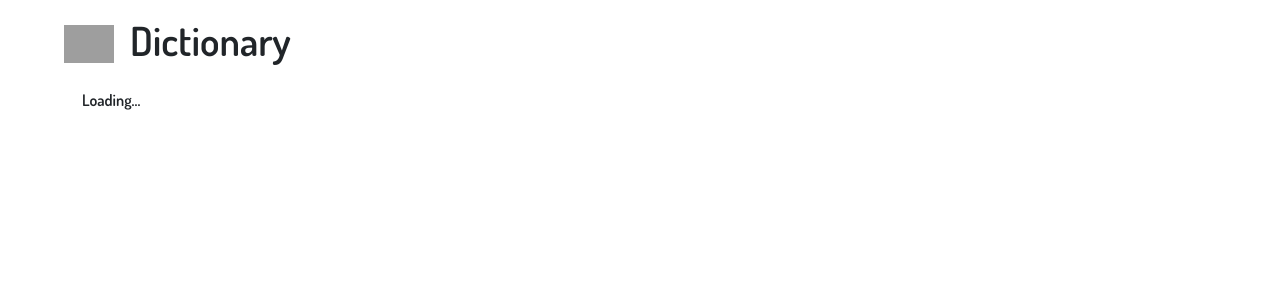
Repository: moehaymanmyint/react-dictionary-app
Page: /
These files come from the project's save history. The page is drawn as it stood at one moment and after the next save; the edit follows.
The browser window is 1280 px wide. The pictures show the whole page.
Pictures or frames that could not be fetched are drawn as grey boxes. The page's requests for data from a server got no answer. The project was rebuilt for these pictures with package versions that can differ from the ones it lists, and the page was loaded fresh each time. No one was signed in, and anything a server would have sent is missing. Also part of the build but not shown: src/Synonyms.js, src/Meaning.js, src/Phonetics.js, src/Results.js.

Above is the page before, as saved 2024-09-06 12:09:05.

### public/index.html
<!DOCTYPE html>
<html lang="en">
  <head>
    <meta charset="utf-8" />
    <link rel="icon" href="%PUBLIC_URL%/favicon.ico" />
    <meta name="viewport" content="width=device-width, initial-scale=1" />
    <meta name="theme-color" content="#000000" />
    <meta
      name="description"
      content="Web site created using create-react-app"
    />
    <link rel="apple-touch-icon" href="%PUBLIC_URL%/logo192.png" />
    <!--
      manifest.json provides metadata used when your web app is installed on a
      user's mobile device or desktop. See https://developers.google.com/web/fundamentals/web-app-manifest/
    -->
    <link rel="manifest" href="%PUBLIC_URL%/manifest.json" />
    <!--
      Notice the use of %PUBLIC_URL% in the tags above.
      It will be replaced with the URL of the `public` folder during the build.
      Only files inside the `public` folder can be referenced from the HTML.

      Unlike "/favicon.ico" or "favicon.ico", "%PUBLIC_URL%/favicon.ico" will
      work correctly both with client-side routing and a non-root public URL.
      Learn how to configure a non-root public URL by running `npm run build`.
    -->
    <title>React App</title>
  </head>
  <body>
    <noscript>You need to enable JavaScript to run this app.</noscript>
    <div id="root"></div>
    <!--
      This HTML file is a template.
      If you open it directly in the browser, you will see an empty page.

      You can add webfonts, meta tags, or analytics to this file.
      The build step will place the bundled scripts into the <body> tag.

      To begin the development, run `npm start` or `yarn start`.
      To create a production bundle, use `npm run build` or `yarn build`.
    -->
  </body>
</html>

### src/App.js
import './App.css';
import 'bootstrap/dist/css/bootstrap.css';

import Search from "./Search"

function App() {
  return (
    <div className="App">
      {/* Logo */}
      <div className='logo m-3 mx-5 d-flex align-items-center'>
        <img src="https://th.bing.com/th/id/R.1ebe3e38406a8906121c9769e62adc3e?rik=d1hISy0qiMJ7Hg&pid=ImgRaw&r=0" alt="Logo" className='mx-3'/>
        <h2>Dictionary</h2>
      </div>

      <div className='container'>
        <Search />
      </div>
    </div>
  );
}

export default App;

### src/App.css
@import url('https://fonts.googleapis.com/css2?family=Dosis:wght@600&display=swap');

.App img{
    width: 50px;
}

.App{
    font-family: "Dosis", sans-serif;
}

### src/Dictionary.css

.Results .box,
.Meaning{
    background-color: white;
    box-shadow: rgba(100, 100, 111, 0.2) 0px 7px 29px 0px;
    border-radius: 10px;
}

h2{
    font-size: 40px;
    text-transform: capitalize;
}

p{
    font-size: 18px;
}

.Search .btn{
    background: linear-gradient(177.9deg, rgb(58, 62, 88) 3.6%, rgb(119, 127, 148) 105.8%);
    border: none;
    color: white;
    transition: 0.5s;
}

### src/Search.js
import React, {useState} from "react";
import 'bootstrap/dist/css/bootstrap.css';
import axios from "axios";
import Results from "./Results"
import "./Dictionary.css";

export default function Search(){
    let [word, setWord] = useState('');
    let [results, setResult] = useState(null);
    let [loaded, setLoaded] = useState(false);

    function handleResponse(response){
        console.log(response.data[0]);
        setResult(response.data[0])
    }

    function handleSubmit(event){
        event.preventDefault();
        Search();
    }

    function Search(){
        //API
        let apiUrl = `https://api.dictionaryapi.dev/api/v2/entries/en_US/${word}`;
        axios.get(apiUrl).then(handleResponse);
    }

    function updateWord(event){
        setWord(event.target.value);
        Search();
    }

    function Loaded(){

    }

    if (loaded) {
        return (
            <div className="Search">
            <h1 className="my-4">What do you want to look up?</h1>
            <div className="row d-flex">
                <div className="col-7">
                    <form onSubmit={handleSubmit} className="d-flex">
                        <input type="search" className="form-control form-control-lg m-2" value={word} onChange={updateWord} placeholder="Search a word..."/>
                        <input type="submit" value="Search" className="btn btn m-2"/>
                    </form>
                    <section className="meaning">
                        <Results results={results}/>
                    </section>
                </div>
                <div className="col-5">

                </div>
            </div>
        </div>
        );
    } else {
        Loaded();
        return "Loading...";
    }
}

Loaded but not shown: src/index.js (common file); src/index.css (common file); src/reportWebVitals.js (common file)

After the next save:
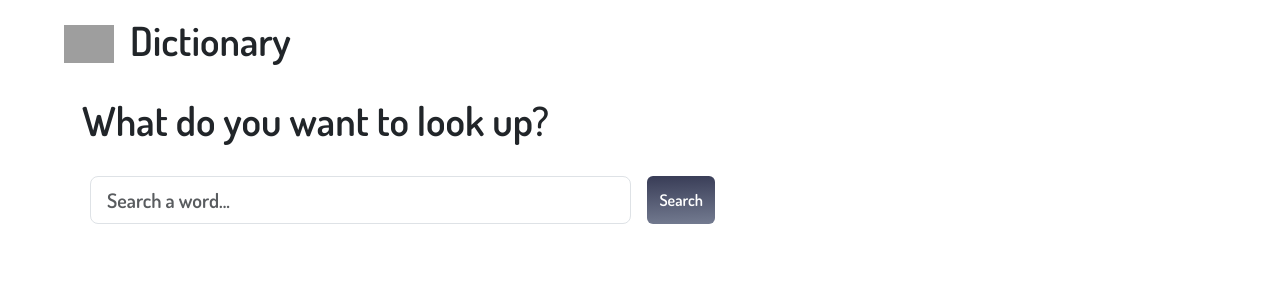
Saved 31 s later.
--- a/src/Search.js
+++ b/src/Search.js
@@ -31,7 +31,8 @@ export default function Search(){
     }
 
     function Loaded(){
-
+        setLoaded(true);
+        Search();
     }
 
     if (loaded) {
